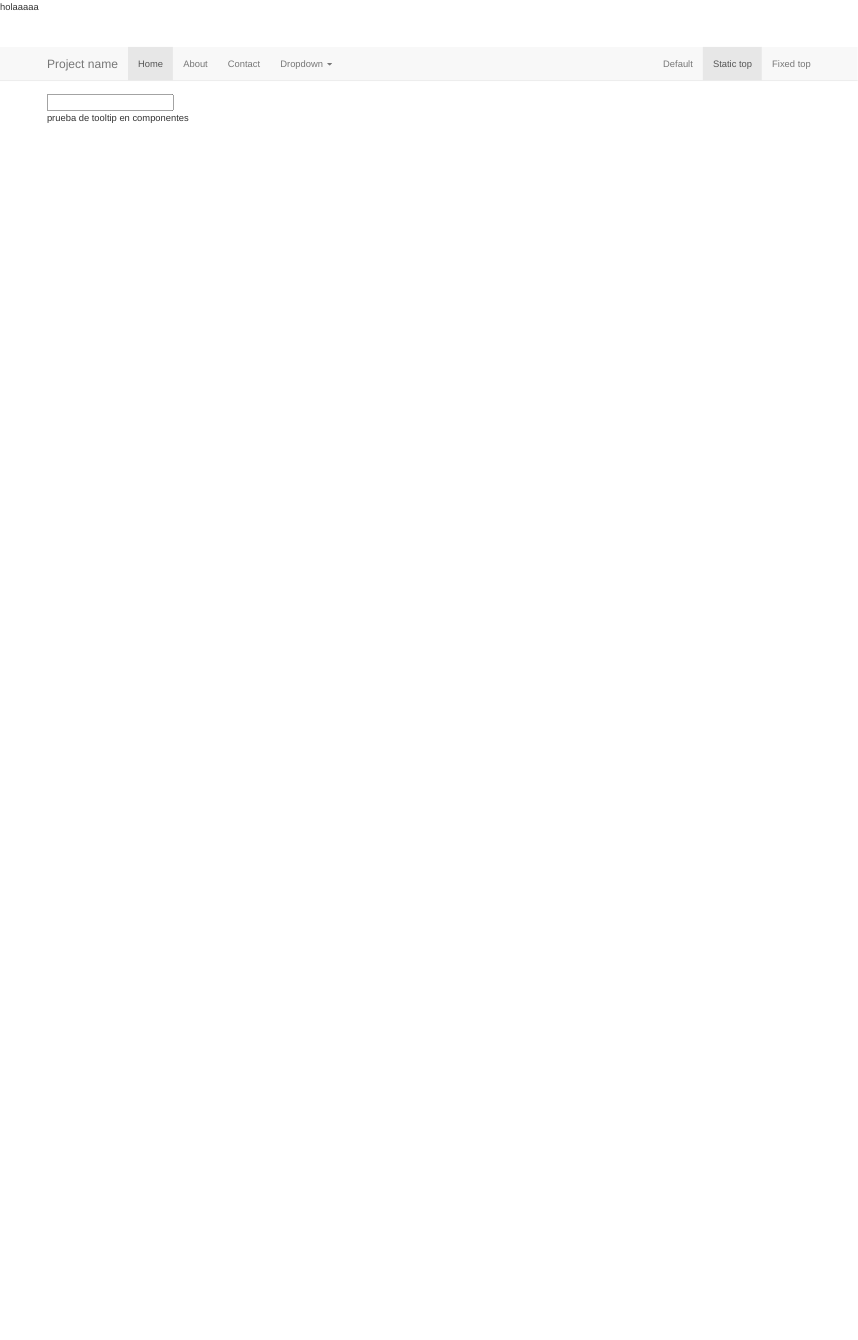
Repository: Adriansen8/GamerArts
Page: http://localhost/html/
An editor plug-in stored every save of this project. The page is shown before and after the next save, followed by the edit.
The browser window is 1280 px wide. The pictures show the whole page, at 67% of full size.
The page is run by PHP 8.4 with error messages shown; the project is at /var/www/html/.

Above is the page before, as saved 2016-03-08 12:57:59.

After the next save:
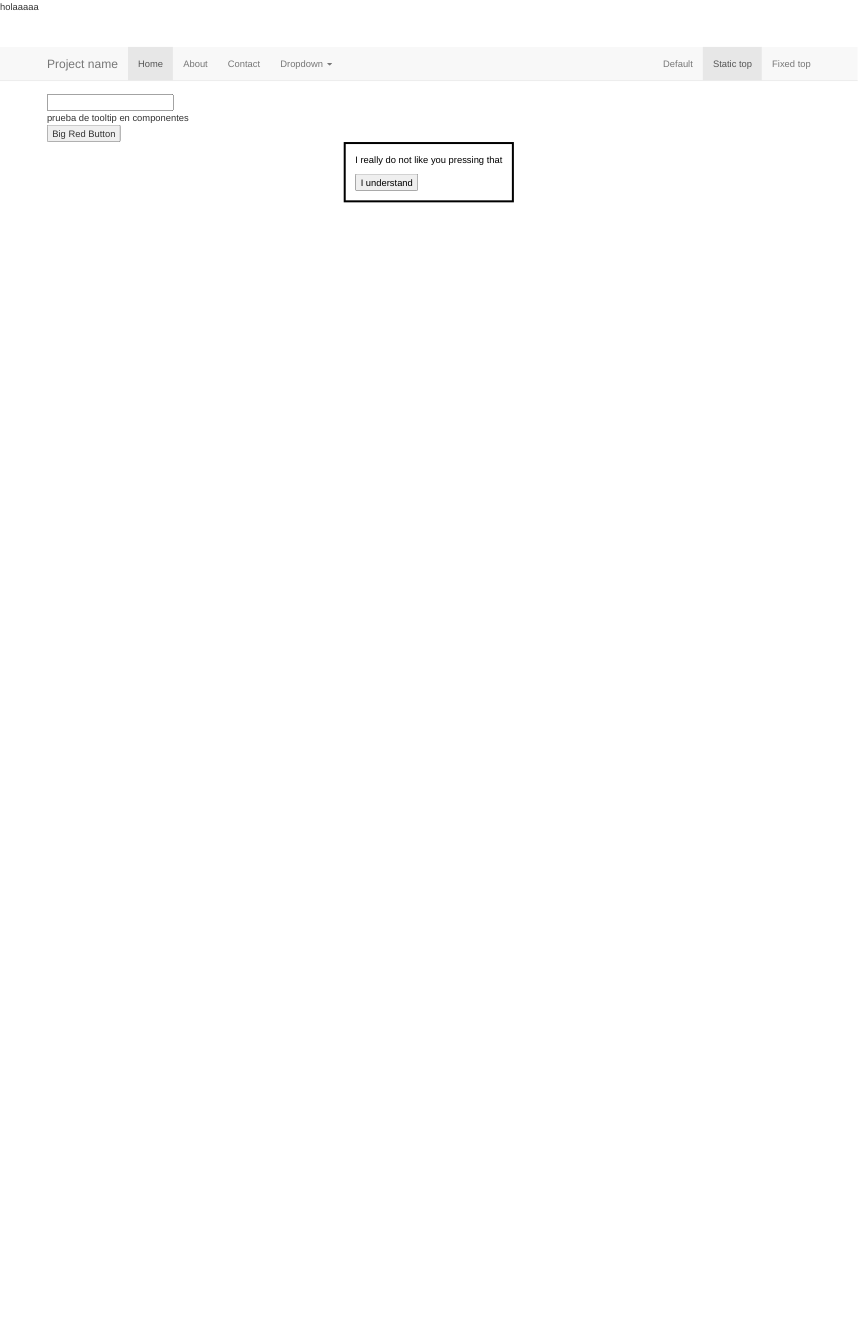
Saved 2 min 58 s later.
--- a/Proyecto/html/Index.php
+++ b/Proyecto/html/Index.php
@@ -73,6 +73,17 @@ echo "holaaaaa";
     <div class="container">
     <input type="text" id="entrada"  aria-describedby="dropdown-tip"/>
     <div role="tooltip" id="dropdown-tip">prueba de tooltip en componentes</div>
+
+    <button id="big-red" data-dialog-call="I really do not like you pressing that" data-dialog-response="I understand">Big Red Button</button>
+    <dialog tabindex="0" open="open" role="alertdialog" aria-labelledby="d-message">
+   <div>
+      <div role="document" tabindex="0">
+         <p id="d-message">I really do not like you pressing that</p>
+         <button>I understand</button>
+      </div>
+   </div>
+</dialog>
+
     </div>
 
 
